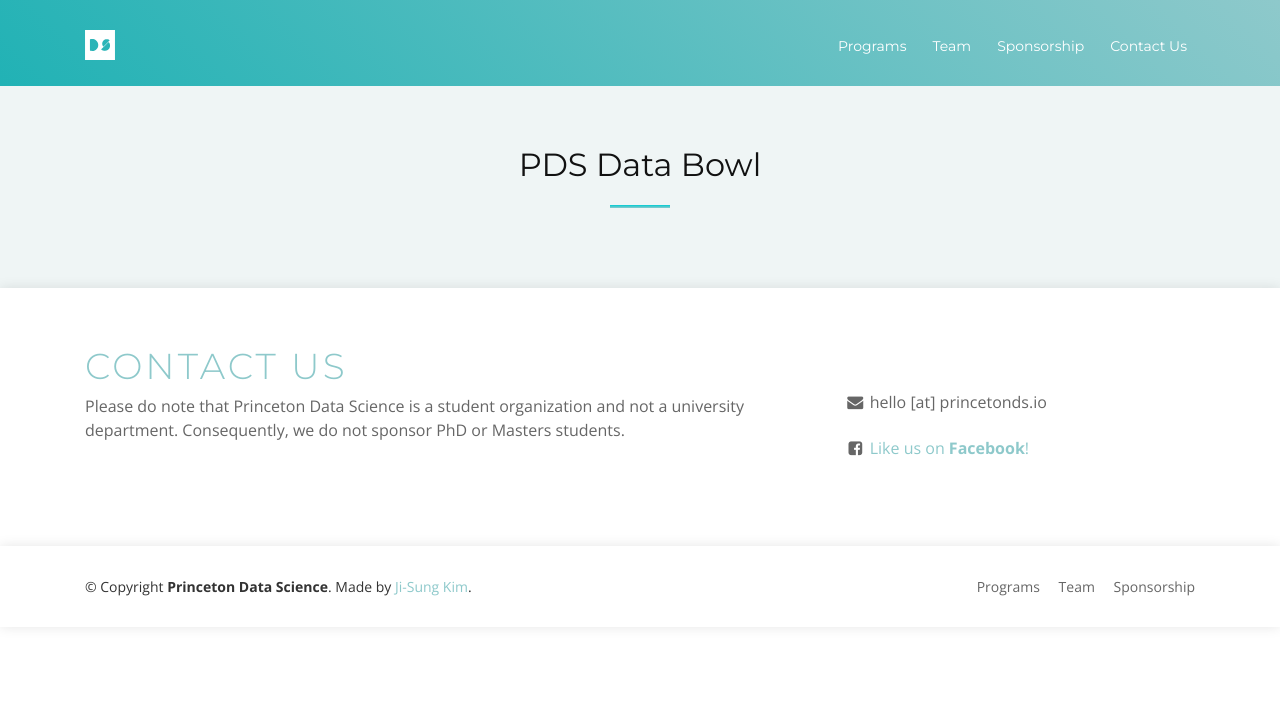
Repository: princetonds/princetonds.github.io
Page: team2.html
These files come from the project's save history. The page is drawn as it stood at one moment and after a run of saves; the edit follows.
The browser window is 1280 px wide. The pictures show the whole page.

Above is the page before, as saved 2021-03-20 03:03:40.
Console error: TypeError: Cannot read properties of null (reading 'innerHTML')

After the next 2 saves:
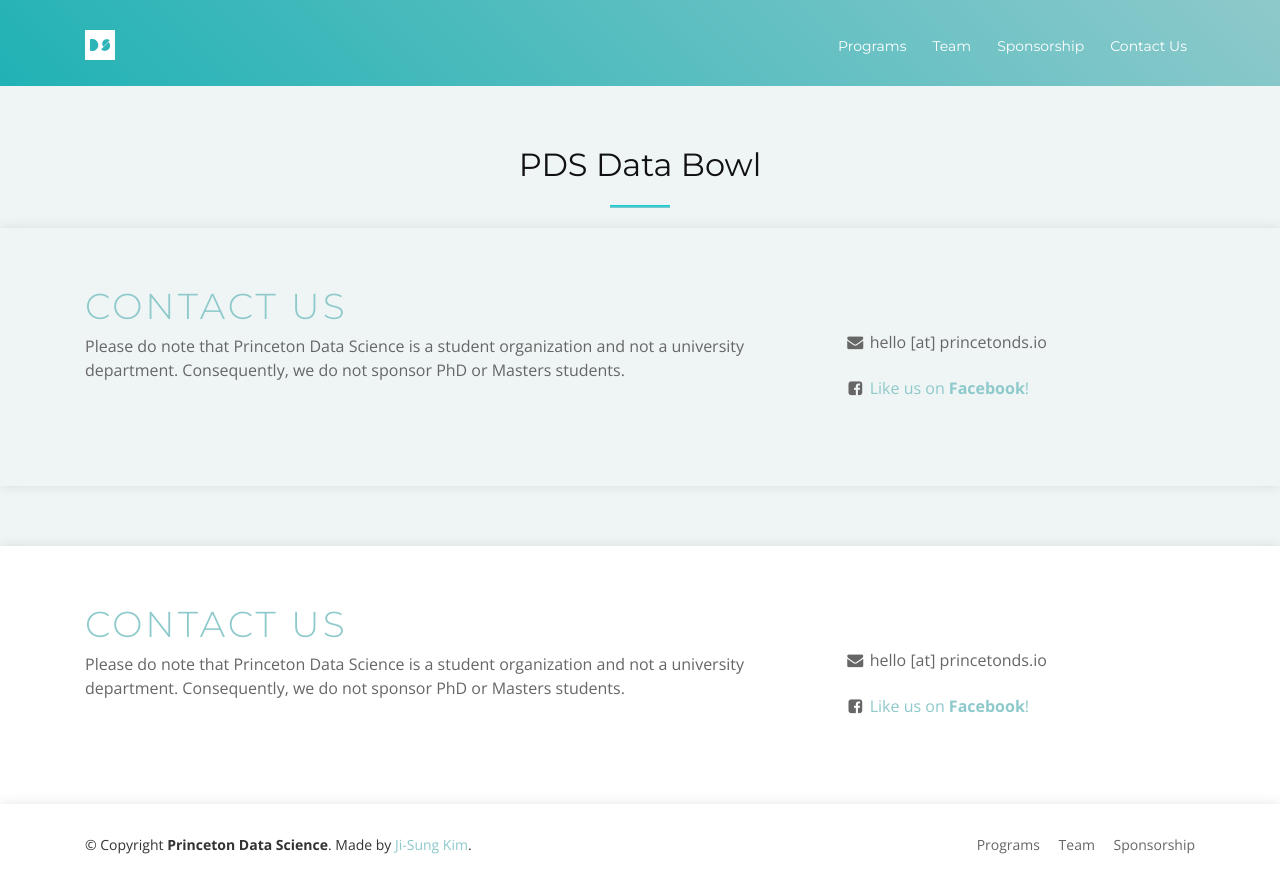
The 2 saves are shown as one change because they came seconds apart.
The last was saved 37 s later.
--- a/team2.html
+++ b/team2.html
@@ -93,6 +93,33 @@
           <span class="section-divider"></span>
         </div>
       </div>
+
+    <!--==========================
+      Contact Section
+    ============================-->
+    <section id="contact">
+      <div class="container">
+        <div class="row wow fadeInUp">
+          <div class="contact-about">
+            <div class="col-lg-12 col-md-12">
+              <h3>Contact Us</h3>
+            </div>
+          </div>
+        </div>
+
+        <div class="row wow fadeInUp">
+          <div class="col-lg-8 col-md-6">
+            <p>Please do note that Princeton Data Science is a student organization and not a university department. Consequently, we do not sponsor PhD or Masters students.</p>
+          </div>
+          <div class="col-lg-4 col-md-6 links">
+            <p><i class="fa fa-envelope fa-fw"></i> hello [at] princetonds.io</p>
+            <p><i class="fa fa-facebook-square fa-fw"></i> <a href="https://www.facebook.com/princetonds" class="facebook">Like us on <strong>Facebook</strong>!</a></p>
+          </div>
+        </div>
+      </div>
+    </section><!-- #contact -->
+
+
     </section><!-- #team -->
 
     <!--==========================
